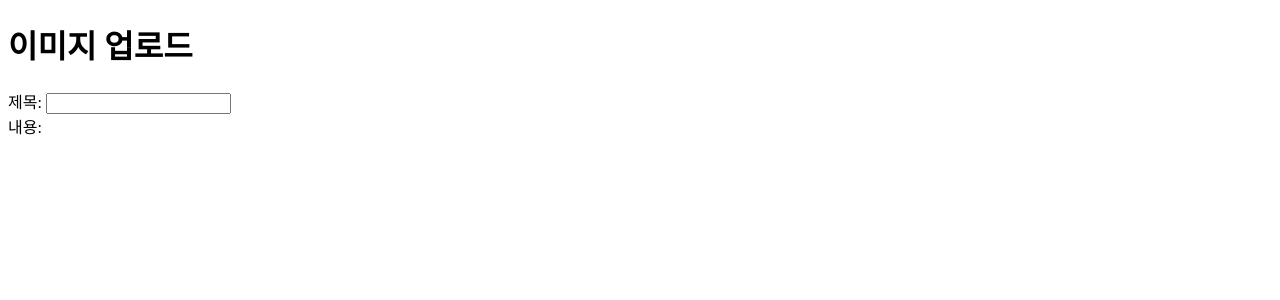
Repository: ExiNni/Travel-Project
Page: http://localhost/image/upload.jsp
These files come from the project's save history. The page is drawn as it stood at one moment and after the next save; the edit follows.
The browser window is 1280 px wide. The pictures show the whole page.
The page is served by Tomcat 9.

Above is the page before, as saved 2023-11-10 00:17:09.

After the next save:
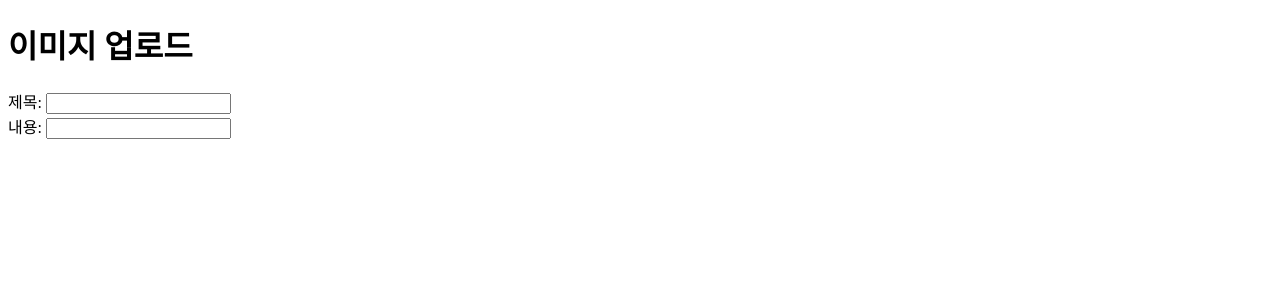
Saved 29 s later.
--- a/image/src/main/webapp/upload.jsp
+++ b/image/src/main/webapp/upload.jsp
@@ -12,6 +12,7 @@
 	<label for="title">제목: </label>
 	<input type="text" name="title" id="title" required><br>
 	<label>내용: </label>
+	<input type="text" name="content" id="content">
 </form>
 </body>
 </html>
